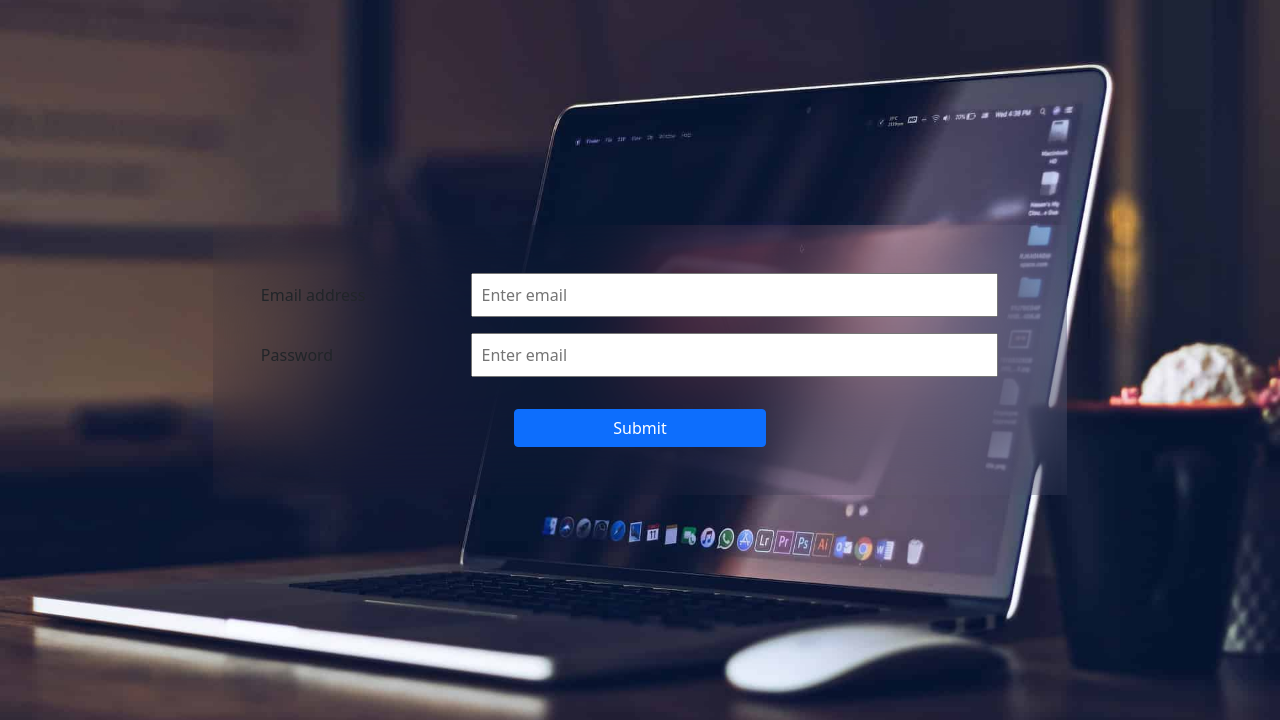
Repository: mariamkhaledsapra/E-Commerce-main
Page: /login
The author's editor kept a copy of each file at every save. The page is drawn from the files as they stood at one save, then again after the next save.
The browser window is 1280 px wide. The pictures show the whole page.
The project was rebuilt for these pictures with package versions that can differ from the ones it lists, and the page was loaded fresh each time. Also part of the build but not shown: src/App.css, src/components/Navbar.jsx, src/App.js.

Above is the page before, as saved 2024-02-13 22:16:44.

### public/index.html
<!DOCTYPE html>
<html lang="en">
  <head>
    <meta charset="utf-8" />
    <link rel="icon" href="%PUBLIC_URL%/favicon.ico" />
    <meta name="viewport" content="width=device-width, initial-scale=1" />
    <meta name="theme-color" content="#000000" />
    <meta
      name="description"
      content="Web site created using create-react-app"
    />
    <link href="https://cdn.jsdelivr.net/npm/bootstrap@5.1.3/dist/css/bootstrap.min.css" rel="stylesheet" integrity="sha384-1BmE4kWBq78iYhFldvKuhfTAU6auU8tT94WrHftjDbrCEXSU1oBoqyl2QvZ6jIW3" crossorigin="anonymous">

    <title>React App</title>
  </head>
  <body>
    <div id="root"></div>
  </body>
</html>

### src/index.js
import React from "react";
import ReactDOM from "react-dom/client";
import "./index.css";
import App from "./App";
import reportWebVitals from "./reportWebVitals";
import { createBrowserRouter, RouterProvider } from "react-router-dom";
import Login from "./components/Login";
import Navbar from "./components/Navbar";

const Routes = createBrowserRouter([
  {
    path: "/",
    element: <App />,
  },
  {
    path: "/login",
    element: <Login />,
  },
]);

const root = ReactDOM.createRoot(document.getElementById("root"));
root.render(
  <RouterProvider router={Routes}>
    <App />
  </RouterProvider>
);

reportWebVitals();

### src/index.css
.login {
  display: flex;
background-image: url("./components/image/background.jpg");
background-repeat: no-repeat;

  background-size: cover;

  background-position: center;
  justify-content: center;

  align-items: center;

  height: 100vh;
  background-color: black;
  margin: 0;
}
.form{
  backdrop-filter: blur(50px);
}

### src/components/Login.jsx
import React from "react";

const Login = () => {
  return (
    <div className="login">
      <div className="form ">
        <form className="p-5 d-flex flex-wrap ">
          <div className="d-flex col-10 align-items-center">
            <label for="email" className="col-4">
              Email address
            </label>

            <input
              type="email"
              className="col-10 p-2"
              id="email"
              placeholder="Enter email"
            />
          </div>
          <div className="d-flex col-10 my-3 align-items-center">
            <label for="email" className="col-4">
              Password
            </label>

            <input
              type="email"
              className="col-10 p-2"
              id="email"
              placeholder="Enter email"
            />
          </div>

          <div className="col-12 d-flex mt-3 justify-content-center">
            {" "}
            <button type="submit" className="btn btn-primary col-4 ">
              Submit
            </button>
          </div>
        </form>
      </div>
    </div>
  );
};

export default Login;

Loaded but not shown: src/reportWebVitals.js (common file)

After the next save:
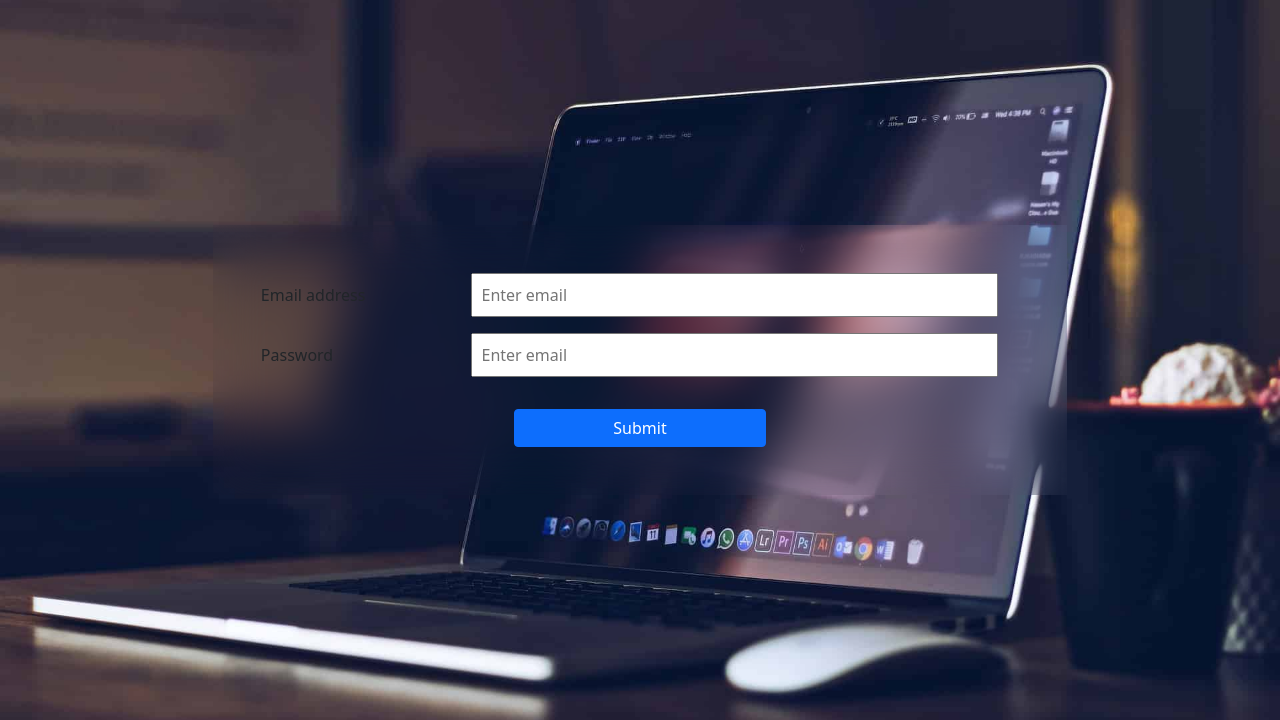
Saved 6 s later.
--- a/src/index.css
+++ b/src/index.css
@@ -15,5 +15,5 @@ background-repeat: no-repeat;
   margin: 0;
 }
 .form{
-  backdrop-filter: blur(50px);
+  backdrop-filter: blur(25px);
 }
